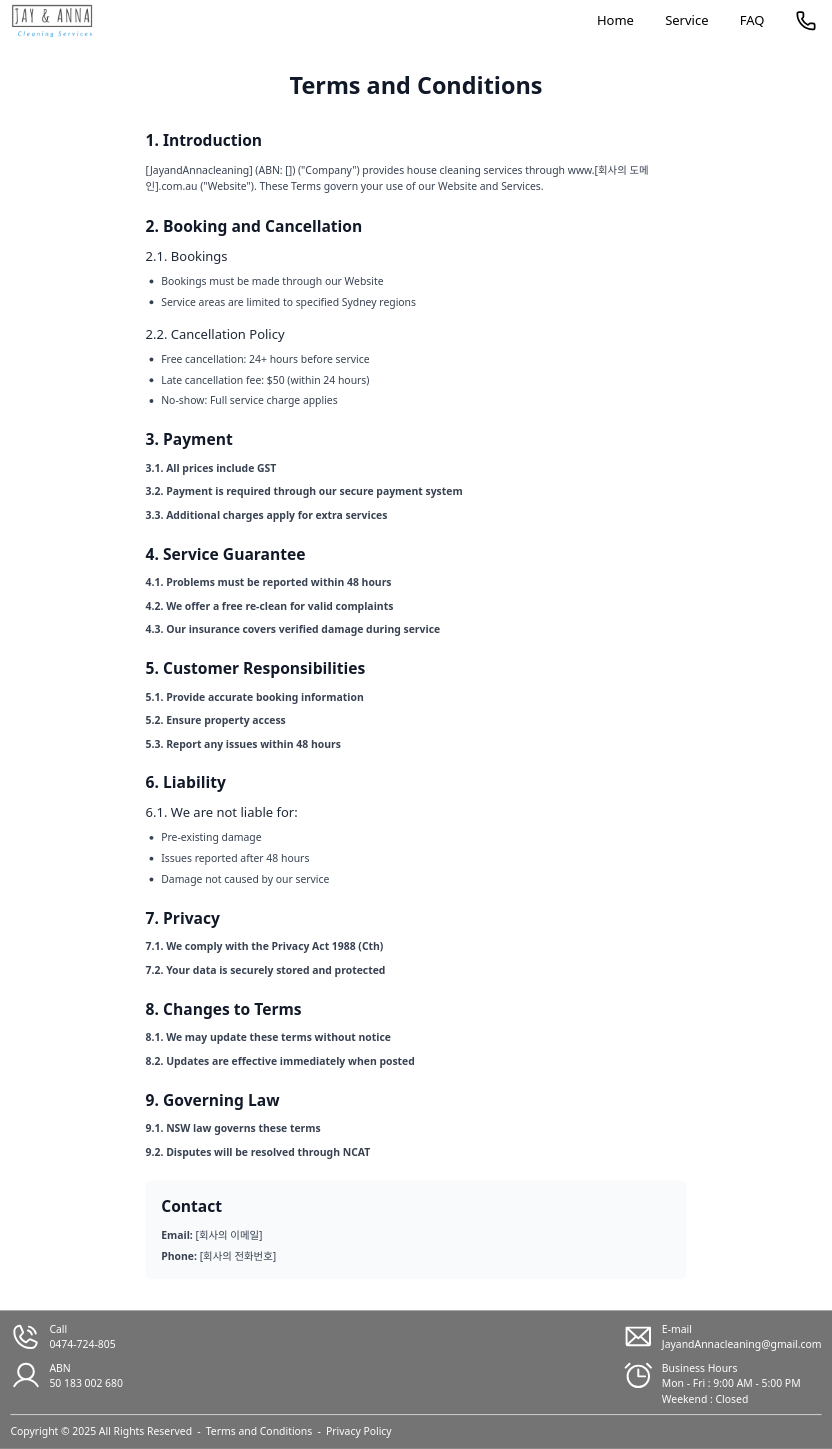
Repository: rong9835/cleaning-service
Page: /terms
The author's editor kept a copy of each file at every save. The page is drawn from the files as they stood at one save, then again after the next save.
The browser window is 1280 px wide. The pictures show the whole page, at 65% of full size.
The project was rebuilt for these pictures with package versions that can differ from the ones it lists, and the page was loaded fresh each time. The framework's server and built-in components were replaced by stand-ins that run in the browser. Also part of the build but not shown: next.config.ts.

Above is the page before, as saved 2025-08-10 21:15:25.

After the next save:
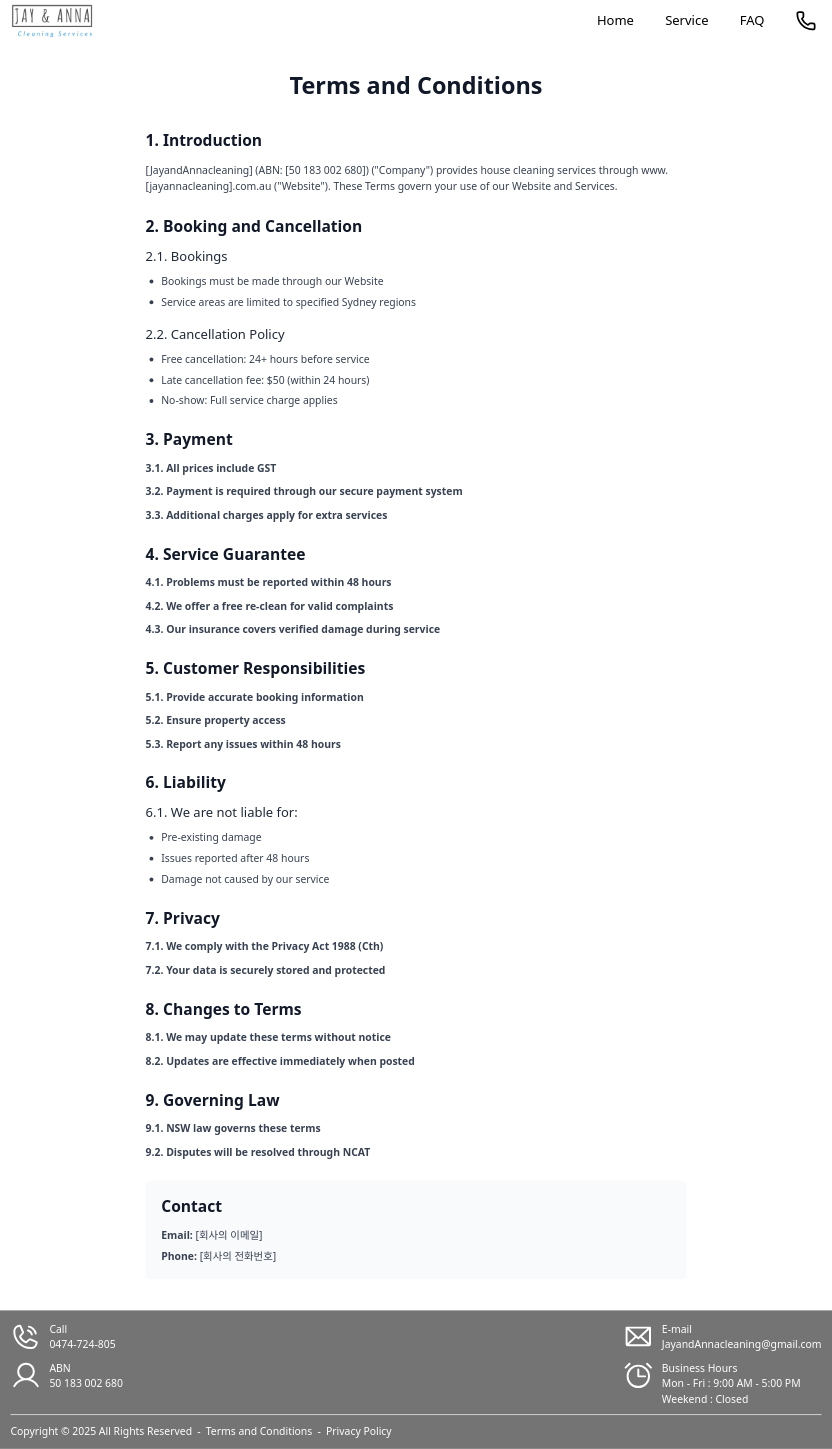
Saved 29 s later.
--- a/src/app/terms/page.tsx
+++ b/src/app/terms/page.tsx
@@ -20,10 +20,10 @@ export default function TermsAndConditions() {
             1. Introduction
           </h2>
           <p className="leading-relaxed">
-            [JayandAnnacleaning] (ABN: []) (&quot;Company&quot;) provides house
-            cleaning services through www.[회사의 도메인].com.au
-            (&quot;Website&quot;). These Terms govern your use of our Website
-            and Services.
+            [JayandAnnacleaning] (ABN: [50 183 002 680]) (&quot;Company&quot;)
+            provides house cleaning services through
+            www.[jayannacleaning].com.au (&quot;Website&quot;). These Terms
+            govern your use of our Website and Services.
           </p>
         </section>
 
